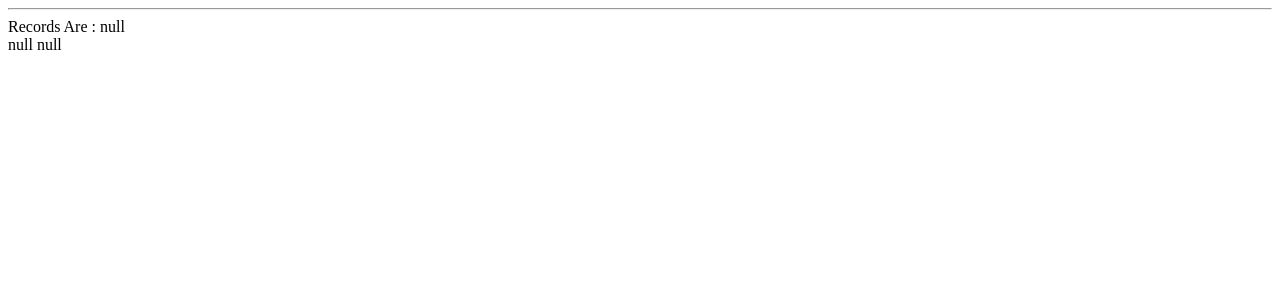
Repository: Sunil-731820/AllWorkingModels
Page: http://localhost/JSFUsingBean/process.jsp
An editor plug-in stored every save of this project. The page is shown before and after the next save, followed by the edit.
The browser window is 1280 px wide. The pictures show the whole page.
The page is served by Tomcat 9.

Above is the page before, as saved 2022-10-27 10:54:20.

After the next save:
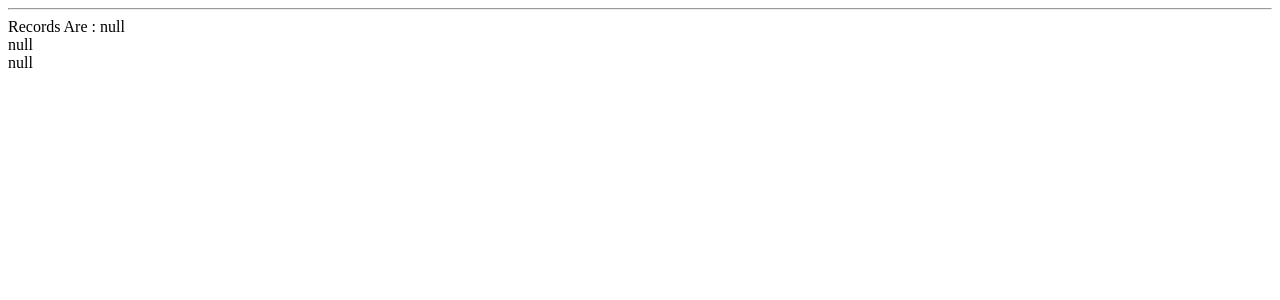
Saved 106 s later.
--- a/HibernatesProject/JSFUsingBean/src/main/webapp/process.jsp
+++ b/HibernatesProject/JSFUsingBean/src/main/webapp/process.jsp
@@ -14,8 +14,8 @@
 Records Are :
 
 <jsp:getProperty property="name" name="u"/><br>
-<jsp:getProperty property="password" name="u"/>
-<jsp:getProperty property="email" name="u"/>
+<jsp:getProperty property="password" name="u"/><br>
+<jsp:getProperty property="email" name="u"/><br>
 
 
 </body>
